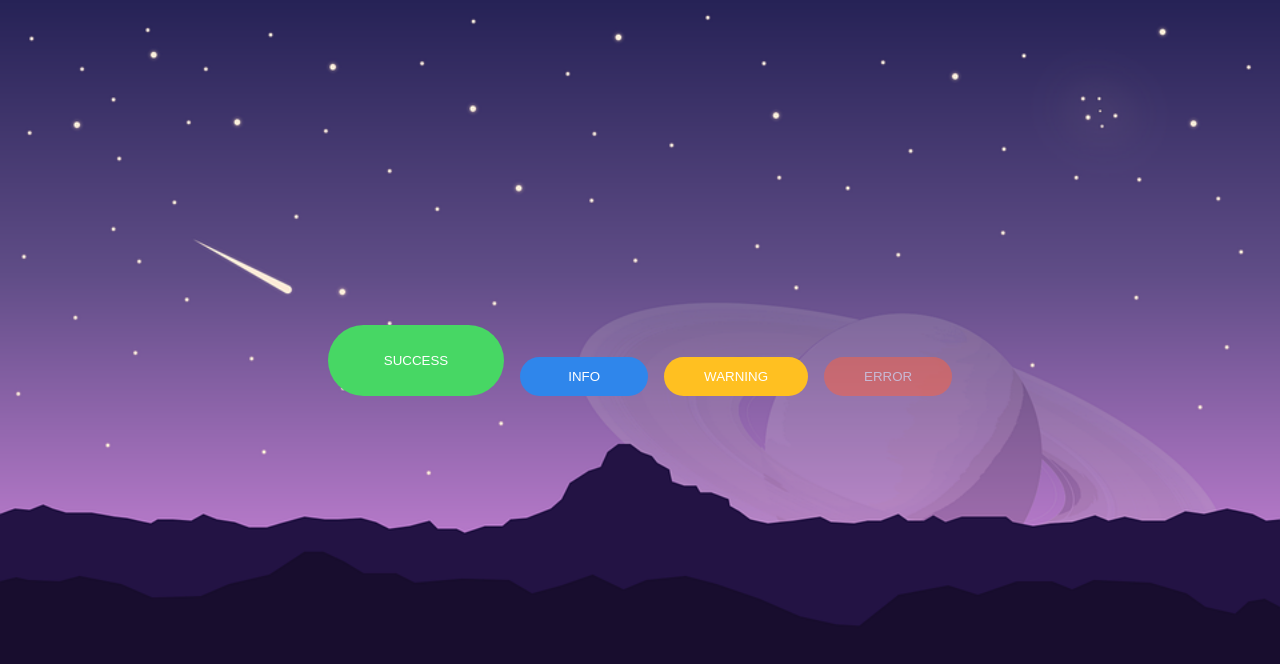
Repository: hoangtranduchai/toast-message
Page: index.html
These files come from the project's save history. The page is drawn as it stood at one moment and after the next save; the edit follows.
The browser window is 1280 px wide. The pictures show the whole page.
Some web libraries are served in a nearby version.

Above is the page before, as saved 2021-08-18 17:08:21.

After the next save:
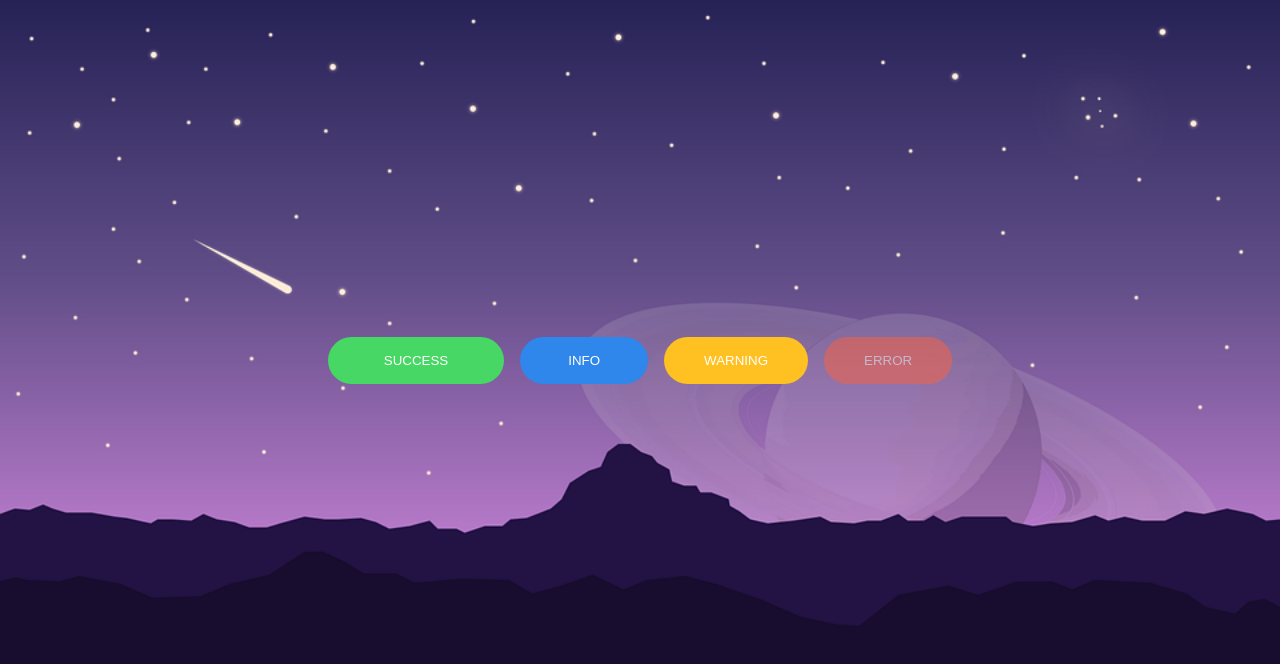
Saved 24 s later.
--- a/assets/css/style.css
+++ b/assets/css/style.css
@@ -45,7 +45,6 @@ body > div {
 
 .btn + .btn {
   margin-left: 16px;
-  margin-top: 32px;
 }
 
 .btn--success {
